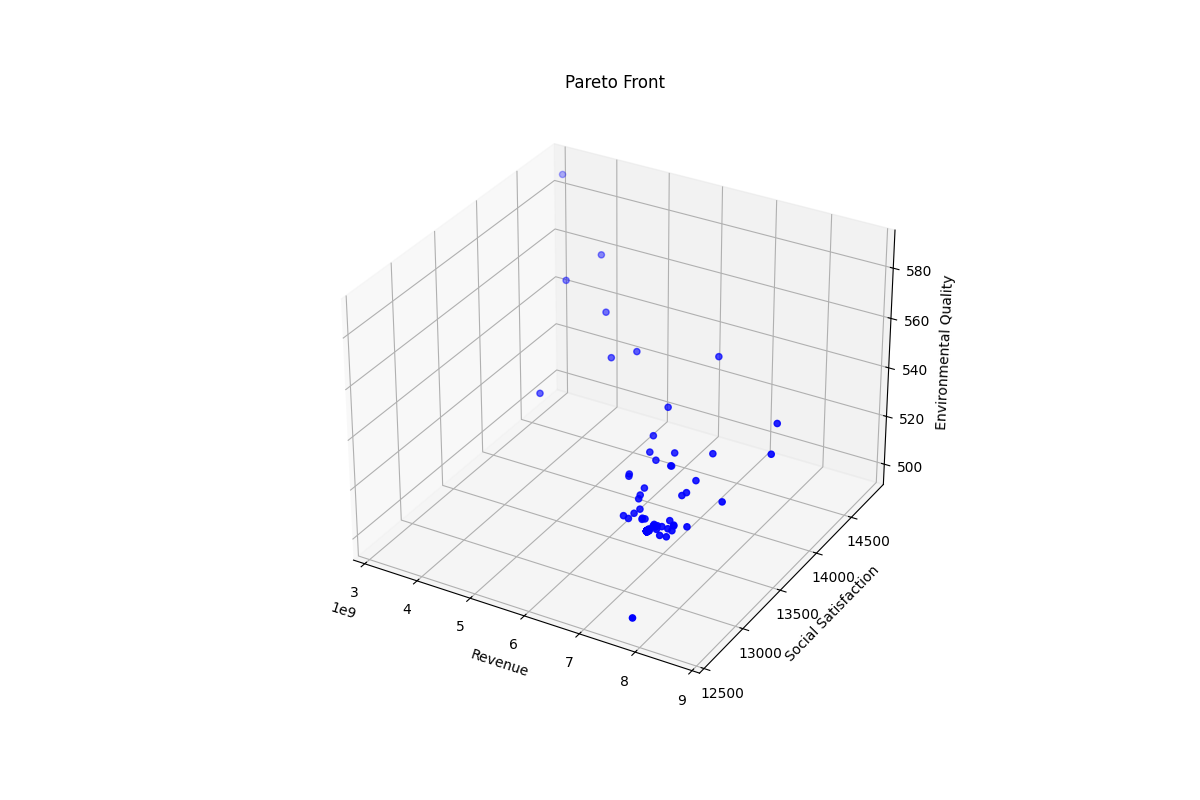
Repository: Kevinye0116/MCM
Script's output: python Coding/trial3.py
The author's editor kept a copy of each file at every save. The script's output is drawn from the files as they stood at one save, then again after the next save.
Random numbers start from a fixed seed.

Above is the script's output before, as saved 2025-01-25 21:55:44.

### Coding/trial3.py
from typing import List, Tuple

import matplotlib.pyplot as plt
import numpy as np
from mpl_toolkits.mplot3d import Axes3D


class TourismOptimization:
    def __init__(self):
        # 模型系数
        self.k1 = 0.4  # 环保投资效率系数
        self.k2 = 0.3  # 碳排放影响系数
        self.k3 = 0.3  # 自然恢复系数
        self.k4 = 0.15  # 基础设施发展系数
        self.k5 = 0.3  # 基础设施投资系数
        self.k6 = 0.25  # 环保投资系数

        # 社会满意度参数
        self.a1 = -1.975284171471327e-11  # 游客数量对居民满意度的影响系数
        self.a2 = 0.02  # 旅游税对游客满意度的影响系数
        self.a3 = 0.015  # 消费水平对游客满意度的影响系数
        self.b1 = 100  # 居民基础满意度
        self.b2 = 100  # 游客基础满意度

        # 发展参数
        self.gamma = 0.1  # 游客增长率
        self.delta = 0.05  # 环境影响因子

        # 约束条件上限
        self.Nt_max = 5000000  # 最大游客数量
        self.tau_max = 100  # 最大旅游税
        self.Pt_max = 10000  # 最大游客消费
        self.CO2_max = 500000  # 最大碳排放量
        self.E_min = 50  # 最小环境质量指数

        # 其他参数
        self.Ch = 1000  # 隐性成本
        self.CO2p = 0.5  # 人均碳排放量
        self.Rnature = 100  # 自然恢复能力基准值

        # 系统动态参数
        self.dt = 0.1  # 时间步长
        self.E = self.E_min  # 初始环境质量
        self.Cinfra = 1000  # 初始基础设施容量

        # 新增参数
        self.Cwater = 1000  # 水资源容量
        self.Cwaste = 1000  # 废物处理容量
        self.a4 = 0.01  # 游客数量对游客满意度的影响系数
        self.b3 = 10  # 废物处理基准增长率

    def calculate_revenue(self, x: np.ndarray) -> float:
        """计算总收入"""
        Nt, tau_t, Pt = x
        return Pt * Nt  # 简化为游客消费与数量的乘积

    def calculate_social_satisfaction(self, x: np.ndarray) -> float:
        """计算社会满意度"""
        Nt, tau_t, Pt = x
        # 居民满意度包含二次项
        S_residents = self.a1 * Nt * Nt + self.a2 * Nt + self.b1
        # 游客满意度新增游客数量影响
        S_tourists = self.a3 * Pt + self.a4 * Nt + self.b2
        # 加权平均
        return 0.5 * S_residents + 0.5 * S_tourists

    def calculate_environmental_quality(self, x: np.ndarray) -> float:
        """计算环境质量指数"""
        Nt, tau_t, Pt = x
        return (
            self.k1 * self.CO2p * Nt / self.CO2_max
            + self.k2 * Nt / self.Cinfra
            + self.k3 * Nt / self.Cwater
        )

    def calculate_dCwaste_dt(self, x: np.ndarray) -> float:
        """计算废物处理容量的变化率 dCwaste/dt"""
        Nt, tau_t, Pt = x
        Pb = self.k5 * tau_t * Nt  # 基础设施投资
        return self.k4 * Pb + self.b3

    def calculate_next_Nt(self, x: np.ndarray, E: float) -> float:
        """计算下一时刻的游客数量"""
        Nt, tau_t, Pt = x
        Stourists = -self.a2 * tau_t - self.a3 * Pt + self.b2
        return Nt * (1 + self.gamma * Stourists / 100) - self.delta * (self.E_min - E)

    def constraints(self, x: np.ndarray) -> List[float]:
        """检查所有约束条件"""
        Nt, tau_t, Pt = x
        return [
            self.Nt_max - Nt,  # 游客数量上限约束
            self.tau_max - tau_t,  # 旅游税上限约束
            self.Pt_max - Pt,  # 消费上限约束
            self.CO2_max - Nt * self.CO2p,  # 碳排放约束
            -self.a1 * Nt + self.b1 - 60,  # 居民满意度最低要求
            Nt,  # 游客数量非负
            tau_t,  # 旅游税非负
            Pt,  # 消费非负
        ]

    def is_feasible(self, x: np.ndarray) -> bool:
        """检查解是否满足所有约束条件"""
        return all(c >= 0 for c in self.constraints(x))

    def dominates(
        self, obj1: Tuple[float, float, float], obj2: Tuple[float, float, float]
    ) -> bool:
        """检查obj1是否支配obj2"""
        return all(o1 >= o2 for o1, o2 in zip(obj1, obj2)) and any(
            o1 > o2 for o1, o2 in zip(obj1, obj2)
        )

    def crossover_and_mutate(
        self, parent1: np.ndarray, parent2: np.ndarray
    ) -> np.ndarray:
        """进行交叉和变异操作"""
        # 算术交叉
        alpha = np.random.random()
        child = alpha * parent1 + (1 - alpha) * parent2

        # 变异
        mutation_rate = 0.1
        if np.random.random() < mutation_rate:
            mutation_strength = 0.1
            child += np.random.normal(0, mutation_strength, size=3)

        # 确保在约束范围内
        child[0] = np.clip(child[0], 0, self.Nt_max)
        child[1] = np.clip(child[1], 0, self.tau_max)
        child[2] = np.clip(child[2], 0, self.Pt_max)

        return child

    def pareto_optimization(
        self, population_size: int = 100, generations: int = 50
    ) -> List[np.ndarray]:
        """执行帕累托优化"""
        # 初始化种群
        population = []
        while len(population) < population_size:
            x = np.array(
                [
                    np.random.uniform(0, self.Nt_max),
                    np.random.uniform(0, self.tau_max),
                    np.random.uniform(0, self.Pt_max),
                ]
            )
            if self.is_feasible(x):
                population.append(x)

        pareto_front = []
        for generation in range(generations):
            # 评估当前种群的目标函数值
            objectives = []
            for solution in population:
                if self.is_feasible(solution):
                    obj1 = self.calculate_revenue(solution)
                    obj2 = self.calculate_social_satisfaction(solution)
                    obj3 = self.calculate_environmental_quality(solution)
                    objectives.append((obj1, obj2, obj3))
                else:
                    objectives.append((-np.inf, -np.inf, -np.inf))

            # 更新帕累托前沿
            for i, solution in enumerate(population):
                if not self.is_feasible(solution):
                    continue
                dominated = False
                for j, other_solution in enumerate(population):
                    if (
                        i != j
                        and self.is_feasible(other_solution)
                        and self.dominates(objectives[j], objectives[i])
                    ):
                        dominated = True
                        break
                if not dominated:
                    pareto_front.append(solution)

            # 生成新种群
            new_population = []
            while len(new_population) < population_size:
                # 锦标赛选择
                tournament = np.random.choice(len(population), 2, replace=False)
                if objectives[tournament[0]][0] > objectives[tournament[1]][0]:
                    parent1 = population[tournament[0]]
                else:
                    parent1 = population[tournament[1]]

                tournament = np.random.choice(len(population), 2, replace=False)
                if objectives[tournament[0]][1] > objectives[tournament[1]][1]:
                    parent2 = population[tournament[0]]
                else:
                    parent2 = population[tournament[1]]

                # 交叉和变异
                child = self.crossover_and_mutate(parent1, parent2)
                if self.is_feasible(child):
                    new_population.append(child)

            population = new_population

        # 移除重复解
        pareto_front = np.unique(pareto_front, axis=0)
        return pareto_front

    def simulate_system(self, x: np.ndarray, time_steps: int = 10) -> List[dict]:
        """模拟系统动态变化"""
        history = []
        current_x = x.copy()
        current_Cwaste = self.Cwaste

        for t in range(time_steps):
            # 直接计算环境质量，而不是通过变化率
            current_E = self.calculate_environmental_quality(current_x)

            state = {
                "t": t * self.dt,
                "Nt": current_x[0],
                "tau_t": current_x[1],
                "Pt": current_x[2],
                "E": current_E,
                "Cwaste": current_Cwaste,
                "Revenue": self.calculate_revenue(current_x),
                "Satisfaction": self.calculate_social_satisfaction(current_x),
            }
            history.append(state)

            # 计算其他状态变量的变化率
            dCwaste = self.calculate_dCwaste_dt(current_x) * self.dt

            # 更新状态变量
            current_Cwaste += dCwaste
            next_Nt = self.calculate_next_Nt(current_x, current_E)
            current_x[0] = np.clip(next_Nt, 0, self.Nt_max)

        return history

    def visualize_pareto_front(self, pareto_front: List[np.ndarray]):
        """可视化帕累托前沿"""
        if len(pareto_front) == 0:
            print("No feasible solutions found!")
            return

        objectives = np.array(
            [
                [
                    self.calculate_revenue(x),
                    self.calculate_social_satisfaction(x),
                    self.calculate_environmental_quality(x),
                ]
                for x in pareto_front
            ]
        )

        fig = plt.figure(figsize=(12, 8))
        ax = fig.add_subplot(111, projection="3d")

        scatter = ax.scatter(
            objectives[:, 0], objectives[:, 1], objectives[:, 2], c="b", marker="o"
        )

        ax.set_xlabel("Revenue")
        ax.set_ylabel("Social Satisfaction")
        ax.set_zlabel("Environmental Quality")
        ax.set_title("Pareto Front")

        plt.show()

    def plot_simulation_results(self, history: List[dict]):
        """绘制模拟结果"""
        t = [state["t"] for state in history]
        Nt = [state["Nt"] for state in history]
        E = [state["E"] for state in history]
        Cwaste = [state["Cwaste"] for state in history]  # 新增废物处理容量数据
        Revenue = [state["Revenue"] for state in history]
        Satisfaction = [state["Satisfaction"] for state in history]

        fig, axes = plt.subplots(3, 2, figsize=(15, 15))  # 增加图表数量

        # 游客数量变化
        axes[0, 0].plot(t, Nt)
        axes[0, 0].set_title("Tourist Numbers")
        axes[0, 0].set_xlabel("Time")
        axes[0, 0].set_ylabel("Nt")

        # 环境质量变化
        axes[0, 1].plot(t, E)
        axes[0, 1].set_title("Environmental Quality")
        axes[0, 1].set_xlabel("Time")
        axes[0, 1].set_ylabel("E")

        # 废物处理容量变化
        axes[2, 0].plot(t, Cwaste)
        axes[2, 0].set_title("Waste Treatment Capacity")
        axes[2, 0].set_xlabel("Time")
        axes[2, 0].set_ylabel("Cwaste")

        # 收入和满意度变化
        ax2 = axes[1, 1].twinx()
        (l1,) = axes[1, 1].plot(t, Revenue, "b-", label="Revenue")
        (l2,) = ax2.plot(t, Satisfaction, "r-", label="Satisfaction")
        axes[1, 1].set_xlabel("Time")
        axes[1, 1].set_ylabel("Revenue", color="b")
        ax2.set_ylabel("Satisfaction", color="r")
        axes[1, 1].legend(handles=[l1, l2])

        plt.tight_layout()
        plt.show()


def main():
    # Set random seed for reproducibility
    np.random.seed(42)

    # Create optimizer instance
    optimizer = TourismOptimization()

    # Execute Pareto optimization
    print("Performing Pareto optimization...")
    pareto_front = optimizer.pareto_optimization(population_size=100, generations=50)

    # Visualize Pareto front
    print(f"Found {len(pareto_front)} Pareto optimal solutions")
    optimizer.visualize_pareto_front(pareto_front)

    # Print all Pareto optimal solutions
    print("\nAll Pareto optimal solutions:")
    for i, solution in enumerate(pareto_front, 1):
        print(f"\nSolution {i}:")
        print(f"Tourist Numbers: {solution[0]:.0f}")
        print(f"Tourism Tax: {solution[1]:.2f}")
        print(f"Tourist Consumption: {solution[2]:.2f}")
        print(f"Expected Revenue: {optimizer.calculate_revenue(solution):.2f}")
        print(
            f"Social Satisfaction: {optimizer.calculate_social_satisfaction(solution):.2f}"
        )
        print(
            f"Environmental Quality: {optimizer.calculate_environmental_quality(solution):.2f}"
        )

    # Select an example solution for system dynamics simulation
    if len(pareto_front) > 0:
        # Choose the solution with highest revenue as example
        example_solution = max(
            pareto_front, key=lambda x: optimizer.calculate_revenue(x)
        )

        print("\nSelected example solution (highest revenue):")
        print(f"Tourist Numbers: {example_solution[0]:.0f}")
        print(f"Tourism Tax: {example_solution[1]:.2f}")
        print(f"Tourist Consumption: {example_solution[2]:.2f}")
        print(f"Expected Revenue: {optimizer.calculate_revenue(example_solution):.2f}")
        print(
            f"Social Satisfaction: {optimizer.calculate_social_satisfaction(example_solution):.2f}"
        )
        print(
            f"Environmental Quality: {optimizer.calculate_environmental_quality(example_solution):.2f}"
        )

        # Simulate system dynamics
        print("\nSimulating system dynamics...")
        history = optimizer.simulate_system(example_solution, time_steps=50)

        # Visualize simulation results
        # optimizer.plot_simulation_results(history)
    else:
        print("No feasible solutions found!")


if __name__ == "__main__":
    main()

After the next save:
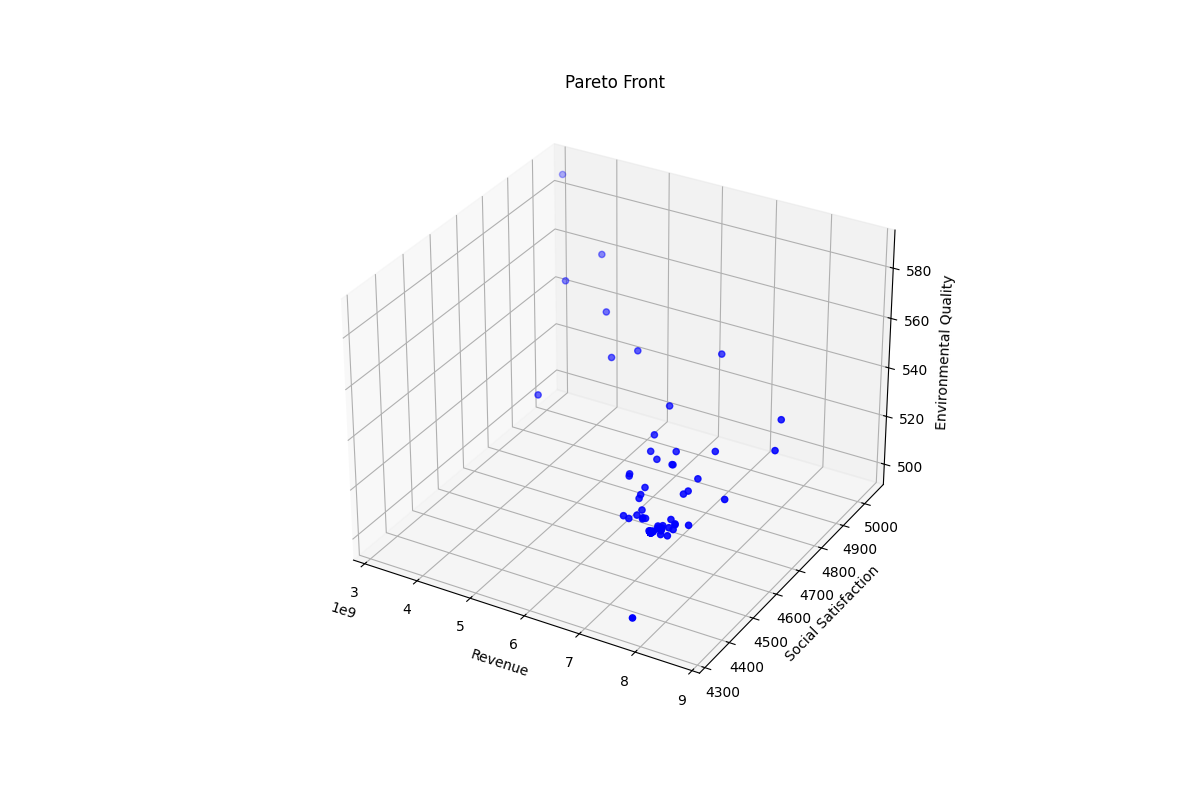
Saved 10 s later.
--- a/Coding/trial3.py
+++ b/Coding/trial3.py
@@ -17,7 +17,7 @@ class TourismOptimization:
 
         # 社会满意度参数
         self.a1 = -1.975284171471327e-11  # 游客数量对居民满意度的影响系数
-        self.a2 = 0.02  # 旅游税对游客满意度的影响系数
+        self.a2 = 4.772497706879391e-05  # 旅游税对游客满意度的影响系数
         self.a3 = 0.015  # 消费水平对游客满意度的影响系数
         self.b1 = 100  # 居民基础满意度
         self.b2 = 100  # 游客基础满意度
